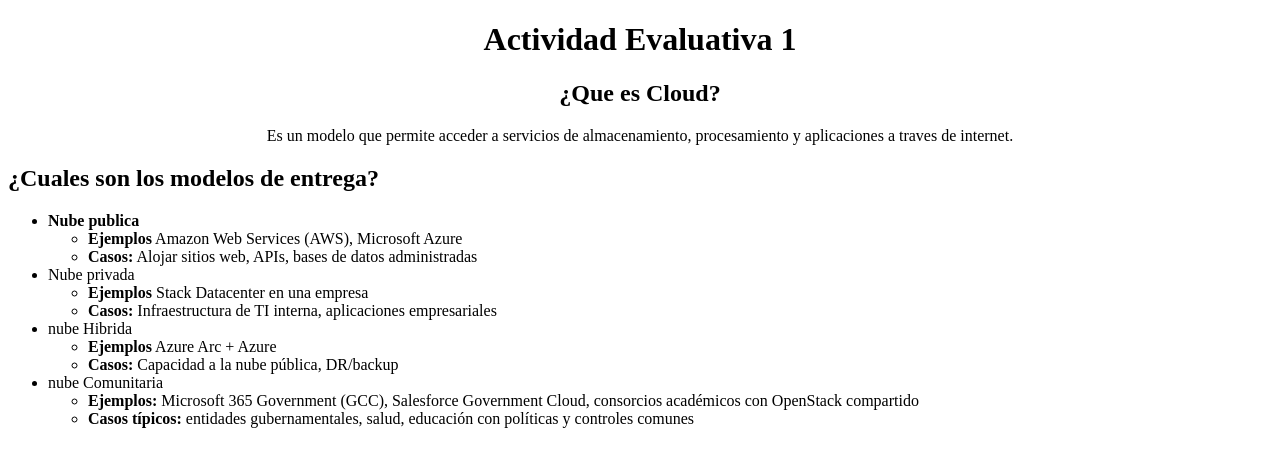
Repository: Laura-Oliveros/Actividad-Evaluativa-1
Page: LauSebas.html
An editor plug-in stored every save of this project. The page is shown before and after a run of saves, followed by the edit.
The browser window is 1280 px wide. The pictures show the whole page.

Above is the page before, as saved 2025-09-04 19:06:47.

### LauSebas.html
<!DOCTYPE html>
<html lang="en">
<head>
    <meta charset="UTF-8">
    <meta name="viewport" content="width=device-width, initial-scale=1.0">
    <title>Actividad Evaluativa 1</title>
</head>
<body>
    <div class="contenedor" style="text-align: center;">
        <h1>Actividad Evaluativa 1</h1>
        <h2>¿Que es Cloud?</h2>
        <p>Es un modelo que permite acceder a servicios de almacenamiento, procesamiento y aplicaciones a traves de internet.</p>
    </div>

    <div class="contenedor" style="text-align: left;">
        <h2>¿Cuales son los modelos de entrega?</h2>
        <ul>
            <li><strong>Nube publica</strong></li>
            <ul>
                <li><strong>Ejemplos</strong> Amazon Web Services (AWS), Microsoft Azure</li>
                <li><strong>Casos:</strong> Alojar sitios web, APIs, bases de datos administradas</li>
            </ul>

            <li>Nube privada</li>
            <ul>
                <li><strong>Ejemplos</strong> Stack Datacenter en una empresa</li>
                <li><strong>Casos:</strong> Infraestructura de TI interna, aplicaciones empresariales</li>
            </ul>

            <li>nube Hibrida</li>
            <ul>
                <li><strong>Ejemplos</strong> Azure Arc + Azure</li>
                <li><strong>Casos:</strong> Capacidad a la nube pública, DR/backup</li>
            </ul>

            <li>nube Comunitaria</li>
            <ul>
                <li><strong>Ejemplos:</strong> Microsoft 365 Government (GCC), Salesforce Government Cloud, consorcios académicos con OpenStack compartido</li>
                <li><strong>Casos típicos:</strong> entidades gubernamentales, salud, educación con políticas y controles comunes</li>
            </ul>
        </ul>

</body>
</html>

After the next 2 saves:
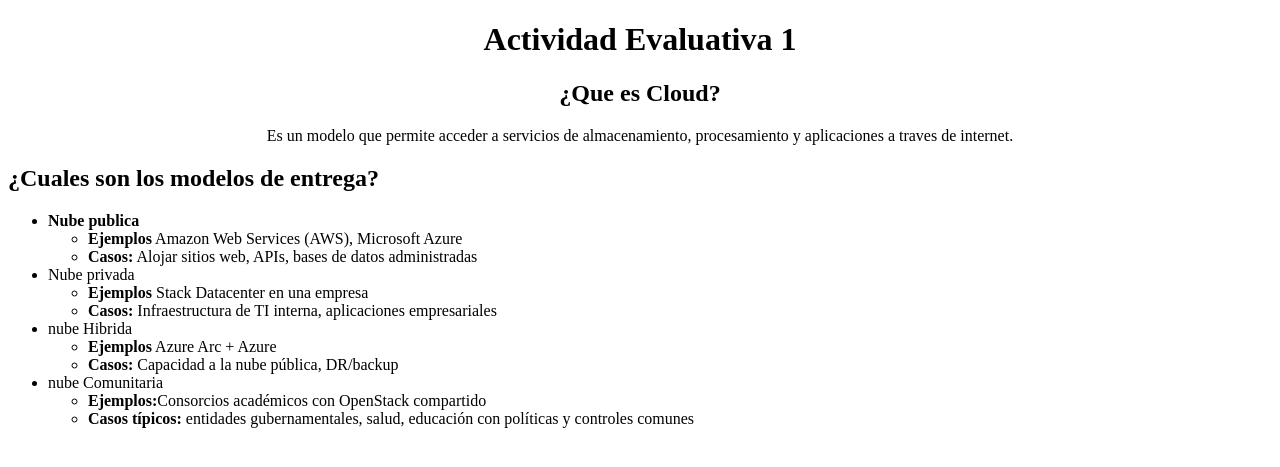
The 2 saves are shown as one change because they came seconds apart.
The last was saved 18 s later.
--- a/LauSebas.html
+++ b/LauSebas.html
@@ -35,7 +35,7 @@
 
             <li>nube Comunitaria</li>
             <ul>
-                <li><strong>Ejemplos:</strong> Microsoft 365 Government (GCC), Salesforce Government Cloud, consorcios académicos con OpenStack compartido</li>
+                <li><strong>Ejemplos:</strong>Consorcios académicos con OpenStack compartido</li>
                 <li><strong>Casos típicos:</strong> entidades gubernamentales, salud, educación con políticas y controles comunes</li>
             </ul>
         </ul>
